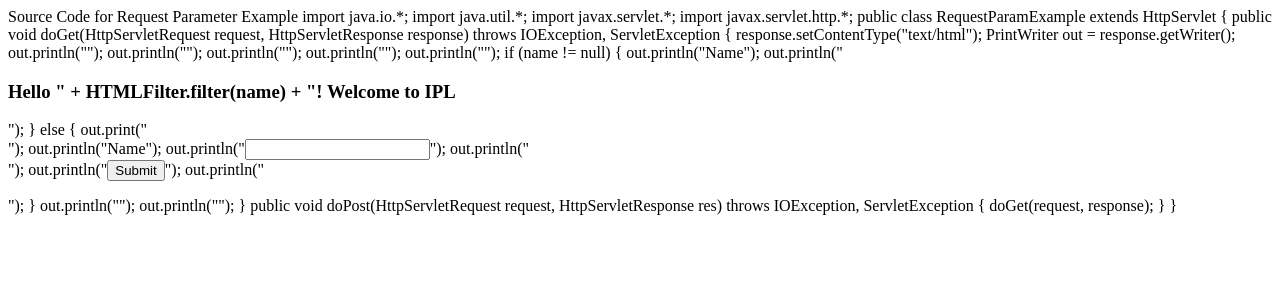
Repository: umng/Learn-to-Program
Page: Java/CTS_SFDC/workspace/Validate Player details/WebContent/index.html
These files come from the project's save history. The page is drawn as it stood at one moment and after the next save; the edit follows.
The browser window is 1280 px wide. The pictures show the whole page.

Above is the page before, as saved 2017-02-23 08:18:16.

After the next save:
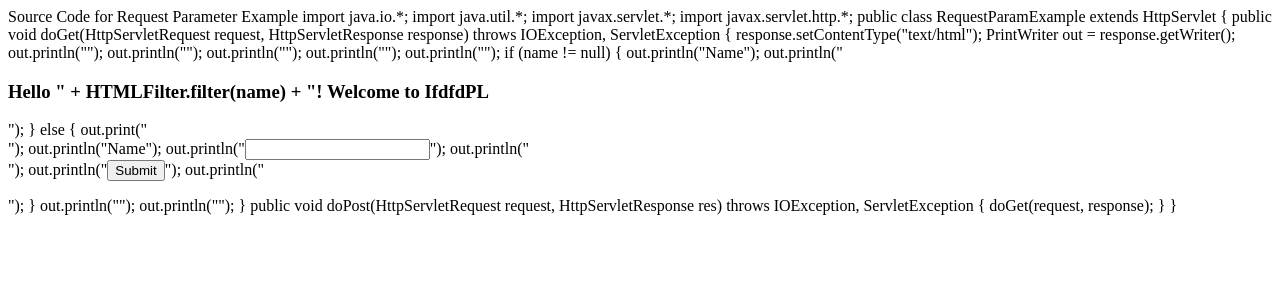
Saved 53 s later.
--- a/Java/CTS_SFDC/workspace/Validate Player details/WebContent/index.html
+++ b/Java/CTS_SFDC/workspace/Validate Player details/WebContent/index.html
@@ -20,7 +20,7 @@
         out.println("<body>");
         if (name != null) {
             out.println("Name");
-            out.println("<h3>Hello " + HTMLFilter.filter(name) + "! Welcome to IPL</h3>");
+            out.println("<h3>Hello " + HTMLFilter.filter(name) + "! Welcome to IfdfdPL</h3>");
         } else {
 	        out.print("<form action=\"");
 	        out.print("index.html\" ");
